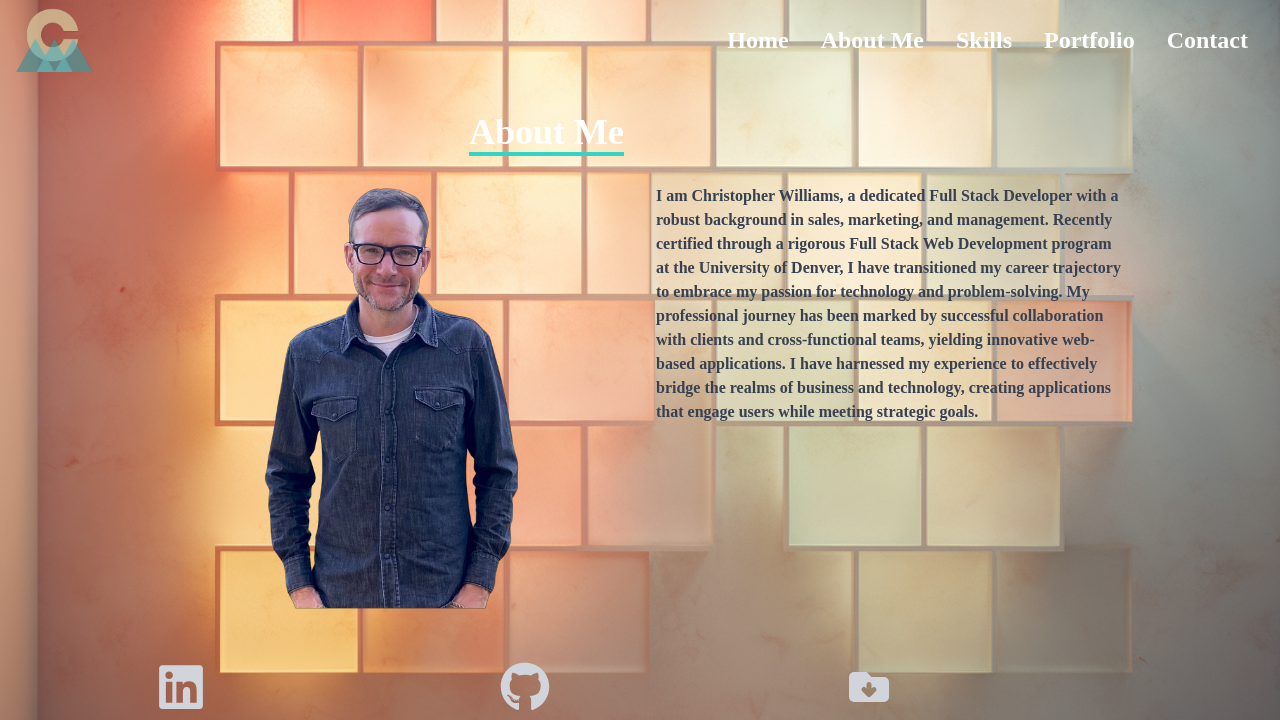
Repository: ChrisT303/portfolio-react
Page: /#/about
An editor plug-in stored every save of this project. The page is shown before and after a run of saves, followed by the edit.
The browser window is 1280 px wide. The pictures show the whole page.
The project was rebuilt for these pictures with package versions that can differ from the ones it lists, and the page was loaded fresh each time. Also part of the build but not shown: src/components/Hero.js, src/data/LogoData.js, src/components/Experience.js, src/components/Modal.js, src/components/Contact.js, src/data/ProjectData.js, src/components/Work.js.

Above is the page before, as saved 2023-09-28 16:22:57.

After the next 2 saves:
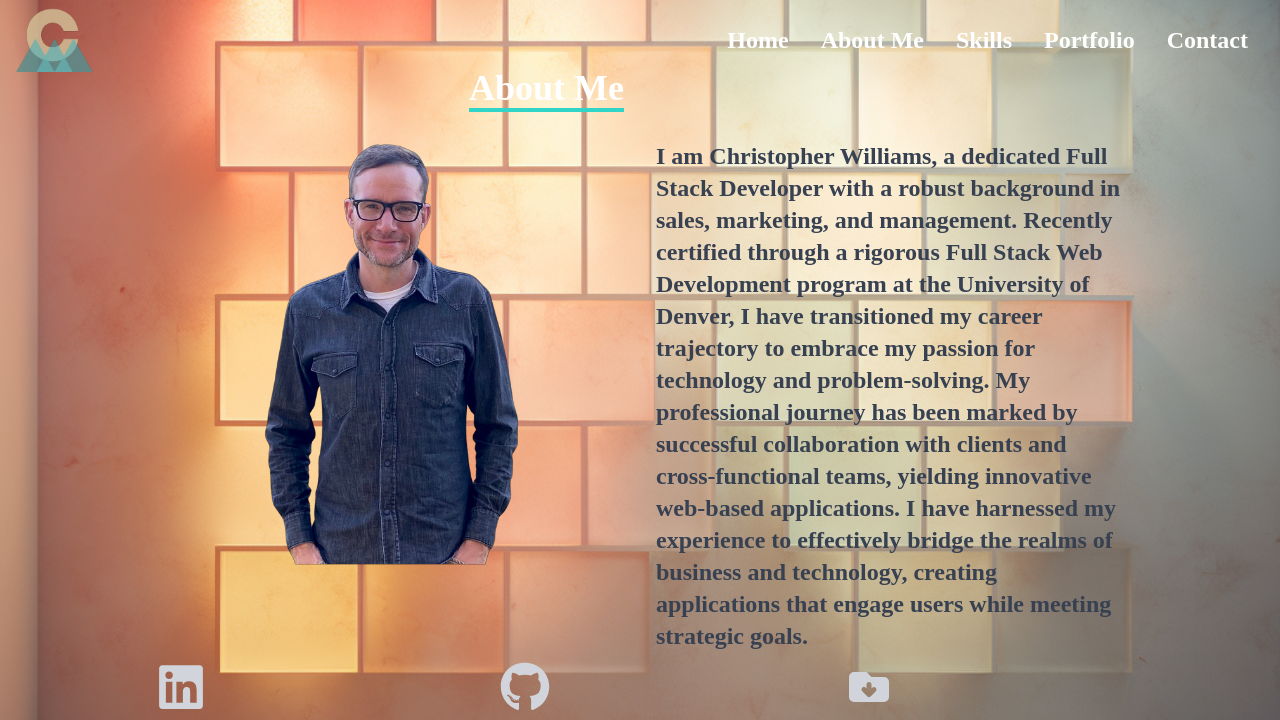
The 2 saves are shown as one change because they came seconds apart.
The last was saved 45 s later.
--- a/src/components/AboutMe.js
+++ b/src/components/AboutMe.js
@@ -26,7 +26,7 @@ function AboutMe() {
             />
           </div>
           <div>
-            <p className="font-bold text-gray-700 text-2xl sm:text-base">
+            <p className="font-bold text-gray-700 text-l sm:text-2xl">
               I am Christopher Williams, a dedicated Full Stack Developer with a
               robust background in sales, marketing, and management. Recently
               certified through a rigorous Full Stack Web Development program at
